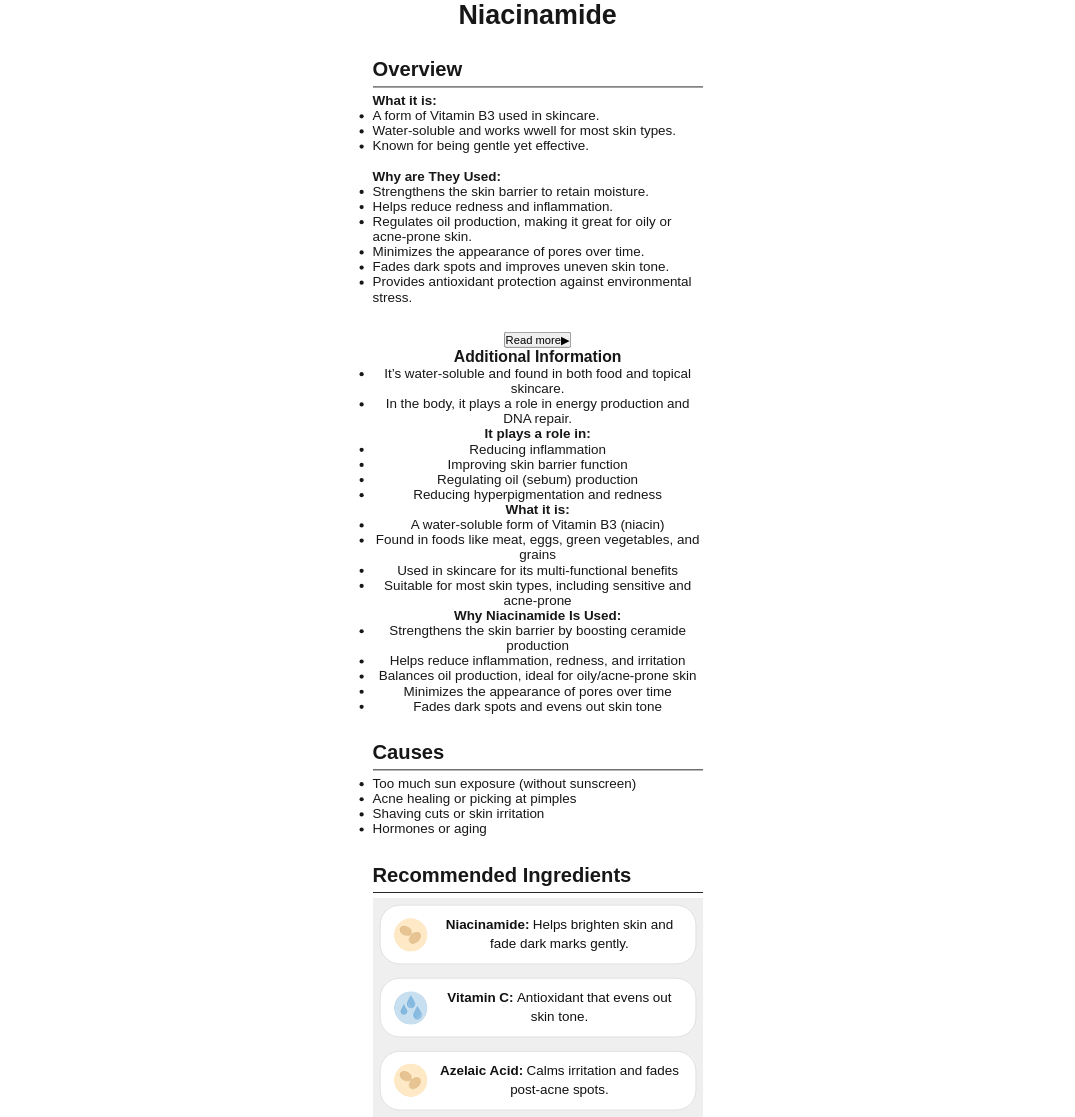
Repository: Esteb4ncd/DermaKnight_WebApp
Page: / (app in dermaknight/)
The author's editor kept a copy of each file at every save. The page is drawn from the files as they stood at one save, then again after a run of saves.
The browser window is 1280 px wide. The pictures show the whole page, at 84% of full size.
The project was rebuilt for these pictures with package versions that can differ from the ones it lists, and the page was loaded fresh each time. The framework's server and built-in components were replaced by stand-ins that run in the browser. Also part of the build but not shown: dermaknight/next.config.mjs, dermaknight/app/page.module.css.

Above is the page before, as saved 2025-05-12 13:17:07.

After the next 2 saves:
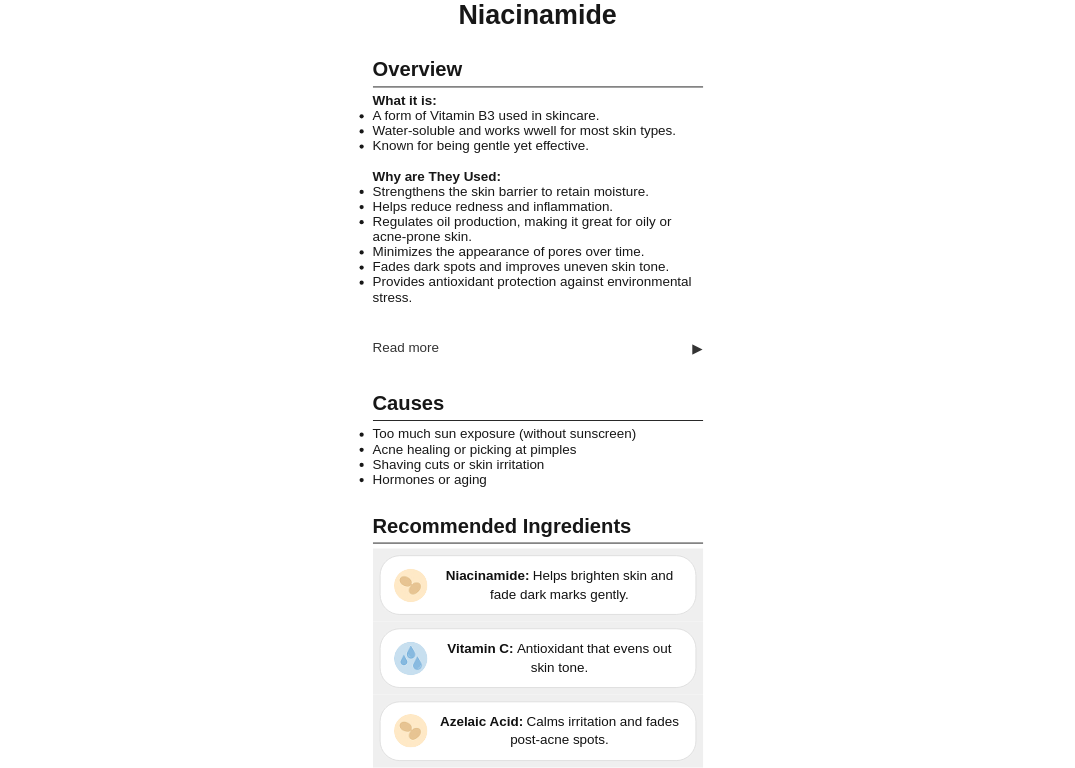
The 2 saves are shown as one change because they came seconds apart.
The last was saved 9 s later.
--- a/dermaknight/app/globals.css
+++ b/dermaknight/app/globals.css
@@ -23,8 +23,36 @@ header {
   color: inherit;
 }
 
-
-
+/* Ingredients Page Styling */
+.toggle-button {
+  display: flex;
+  justify-content: space-between;
+  width: 100%;
+  border: none;
+  background: none;
+  font-size: 16px;
+  padding: 10px 0;
+  cursor: pointer;
+  color: #333;
+}
+
+#dropdownContent {
+  padding: 10px;
+  border-top: 1px solid #000;
+  font-size: 14px;
+}
+
+.hidden {
+  display: none;
+}
+
+#arrow {
+  transition: transform 0.3s ease;
+}
+
+.rotated {
+  transform: rotate(180deg);
+}
 
 
 /* Variables Etc */
